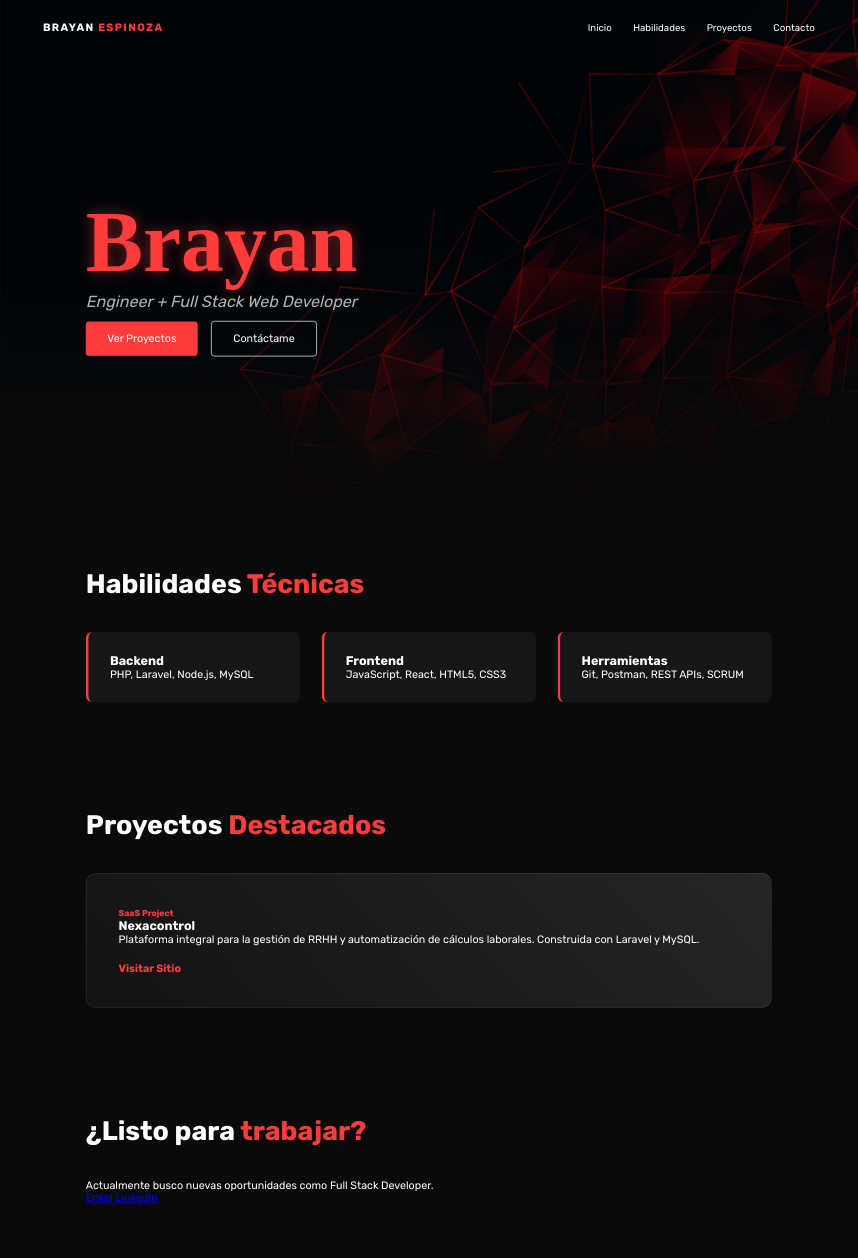
Repository: hercules830/Mi-portfolio-profesional
Page: index.html
These files come from the project's save history. The page is drawn as it stood at one moment and after the next save; the edit follows.
The browser window is 1280 px wide. The pictures show the whole page, at 67% of full size.
Some web fonts or font styles are not loaded; a fallback is used.

Above is the page before, as saved 2026-05-29 23:49:06.

### index.html
<!DOCTYPE html>
<html lang="es">
  <head>
    <meta charset="UTF-8" />
    <meta name="viewport" content="width=device-width, initial-scale=1.0" />
    <link rel="stylesheet" href="styles.css" />
    <link rel="preconnect" href="https://fonts.googleapis.com" />
    <link rel="preconnect" href="https://fonts.gstatic.com" crossorigin />
    <link
      href="https://fonts.googleapis.com/css2?family=Indie+Flower&family=Rubik+Storm&family=Rubik:wght@300;400;700&display=swap"
      rel="stylesheet"
    />
    <title>Brayan Espinoza | Full Stack Developer</title>
  </head>
  <body>
    <header class="header">
      <nav class="nav">
        <div class="logo-container">
          <p class="logo">BRAYAN <span>ESPINOZA</span></p>
        </div>
        <ul class="links">
          <li><a class="link" href="#inicio">Inicio</a></li>
          <li><a class="link" href="#habilidades">Habilidades</a></li>
          <li><a class="link" href="#proyectos">Proyectos</a></li>
          <li><a class="link" href="#contacto">Contacto</a></li>
        </ul>
      </nav>

      <div class="description" id="inicio">
        <h1 class="header-title">Brayan</h1>
        <p class="my-description">Engineer + Full Stack Web Developer</p>
        <div class="cta-container">
          <a href="#proyectos" class="btn-primary">Ver Proyectos</a>
          <a href="#contacto" class="btn-secondary">Contáctame</a>
        </div>
      </div>
    </header>

    <section class="section" id="habilidades">
      <h2 class="section-title">Habilidades <span>Técnicas</span></h2>
      <div class="skills-grid">
        <div class="skill-card">
          <h3>Backend</h3>
          <p>PHP, Laravel, Node.js, MySQL</p>
        </div>
        <div class="skill-card">
          <h3>Frontend</h3>
          <p>JavaScript, React, HTML5, CSS3</p>
        </div>
        <div class="skill-card">
          <h3>Herramientas</h3>
          <p>Git, Postman, REST APIs, SCRUM</p>
        </div>
      </div>
    </section>

    <section class="section" id="proyectos">
      <h2 class="section-title">Proyectos <span>Destacados</span></h2>
      <div class="projects-container">
        <!-- Proyecto Principal: Nexacontrol -->
        <div class="project-main">
          <div class="project-content">
            <span class="project-tag">SaaS Project</span>
            <h3>Nexacontrol</h3>
            <p>
              Plataforma integral para la gestión de RRHH y automatización de
              cálculos laborales. Construida con Laravel y MySQL.
            </p>
            <div class="project-links">
              <a
                href="https://nexacontrolapp.com"
                target="_blank"
                class="link-btn"
                >Visitar Sitio</a
              >
            </div>
          </div>
        </div>
      </div>
    </section>

    <footer class="section" id="contacto">
      <h2 class="section-title">¿Listo para <span>trabajar?</span></h2>
      <p>Actualmente busco nuevas oportunidades como Full Stack Developer.</p>
      <div class="social-links">
        <a href="mailto:musicabjhe830@gmail.com">Email</a>
        <a
          href="https://www.linkedin.com/in/brayan-espinoza-57191512a"
          target="_blank"
          >LinkedIn</a
        >
      </div>
    </footer>

    <script src="script.js"></script>
  </body>
</html>

### styles.css
:root {
  --primary-red: #ff3c3c;
  --dark-bg: #0a0a0a;
  --text-white: #ffffff;
  --gray-text: #b3b3b3;
}

* {
  margin: 0;
  padding: 0;
  box-sizing: border-box;
  scroll-behavior: smooth;
}

body {
  background-color: var(--dark-bg);
  color: var(--text-white);
  font-family: "Rubik", sans-serif;
}

/* Header & Hero */
.header {
  height: 100vh;
  /* Añadimos un degradado que va hacia el negro al final para suavizar el corte */
  background: linear-gradient(to bottom, transparent 60%, var(--dark-bg) 100%),
    linear-gradient(rgba(0, 0, 0, 0.5), rgba(0, 0, 0, 0.5)),
    url("assets/background.jpg");
  background-size: cover;
  background-position: center;
  display: flex;
  flex-direction: column;
}

#habilidades {
  padding-top: 8rem; /* Esto le da aire después del desvanecimiento */
}

.nav {
  display: flex;
  justify-content: space-between;
  padding: 2rem 5%;
  align-items: center;
}

.logo {
  font-family: "Rubik", sans-serif;
  font-weight: bold;
  letter-spacing: 2px;
}
.logo span {
  color: var(--primary-red);
}

.links {
  display: flex;
  list-style: none;
  gap: 2rem;
}
.link {
  color: white;
  text-decoration: none;
  font-size: 0.9rem;
  transition: 0.3s;
}
.link:hover {
  color: var(--primary-red);
}

.description {
  flex: 1;
  display: flex;
  flex-direction: column;
  justify-content: center;
  padding-left: 10%;
}

.header-title {
  font-family: "Rubik Storm", cursive;
  font-size: 8rem;
  color: var(--primary-red);
  text-shadow: 0 0 20px rgba(255, 60, 60, 0.5);
}

.my-description {
  font-size: 1.5rem;
  font-style: italic;
  color: var(--gray-text);
  margin-bottom: 2rem;
}

/* Botones */
.btn-primary {
  background: var(--primary-red);
  color: white;
  padding: 1rem 2rem;
  text-decoration: none;
  border-radius: 5px;
  margin-right: 1rem;
  transition: 0.3s;
}

.btn-secondary {
  border: 1px solid white;
  color: white;
  padding: 1rem 2rem;
  text-decoration: none;
  border-radius: 5px;
  transition: 0.3s;
}

/* Secciones Generales */
.section {
  padding: 5rem 10%;
}
.section-title {
  font-size: 2.5rem;
  margin-bottom: 3rem;
}
.section-title span {
  color: var(--primary-red);
}

/* Skills Grid */
.skills-grid {
  display: grid;
  grid-template-columns: repeat(auto-fit, minmax(250px, 1fr));
  gap: 2rem;
}

.skill-card {
  background: rgba(255, 255, 255, 0.05);
  padding: 2rem;
  border-radius: 10px;
  border-left: 4px solid var(--primary-red);
}

/* Proyectos */
.project-main {
  background: linear-gradient(
    45deg,
    rgba(20, 20, 20, 0.9),
    rgba(40, 40, 40, 0.9)
  );
  padding: 3rem;
  border-radius: 15px;
  border: 1px solid rgba(255, 255, 255, 0.1);
}

.project-tag {
  color: var(--primary-red);
  font-weight: bold;
  font-size: 0.8rem;
}
.link-btn {
  display: inline-block;
  margin-top: 1.5rem;
  color: var(--primary-red);
  text-decoration: none;
  font-weight: bold;
}

@media (max-width: 768px) {
  .header-title {
    font-size: 4rem;
  }
  .links {
    display: none;
  } /* Aquí podrías añadir un menú hamburguesa luego */
}

### script.js
// Efecto de scroll suave y revelado de secciones
document.addEventListener("DOMContentLoaded", () => {
  const observerOptions = {
    threshold: 0.1,
  };

  const observer = new IntersectionObserver((entries) => {
    entries.forEach((entry) => {
      if (entry.isIntersecting) {
        entry.target.style.opacity = "1";
        entry.target.style.transform = "translateY(0)";
      }
    });
  }, observerOptions);

  document.querySelectorAll(".section").forEach((section) => {
    section.style.opacity = "0";
    section.style.transform = "translateY(30px)";
    section.style.transition = "all 0.8s ease-out";
    observer.observe(section);
  });
});

After the next save:
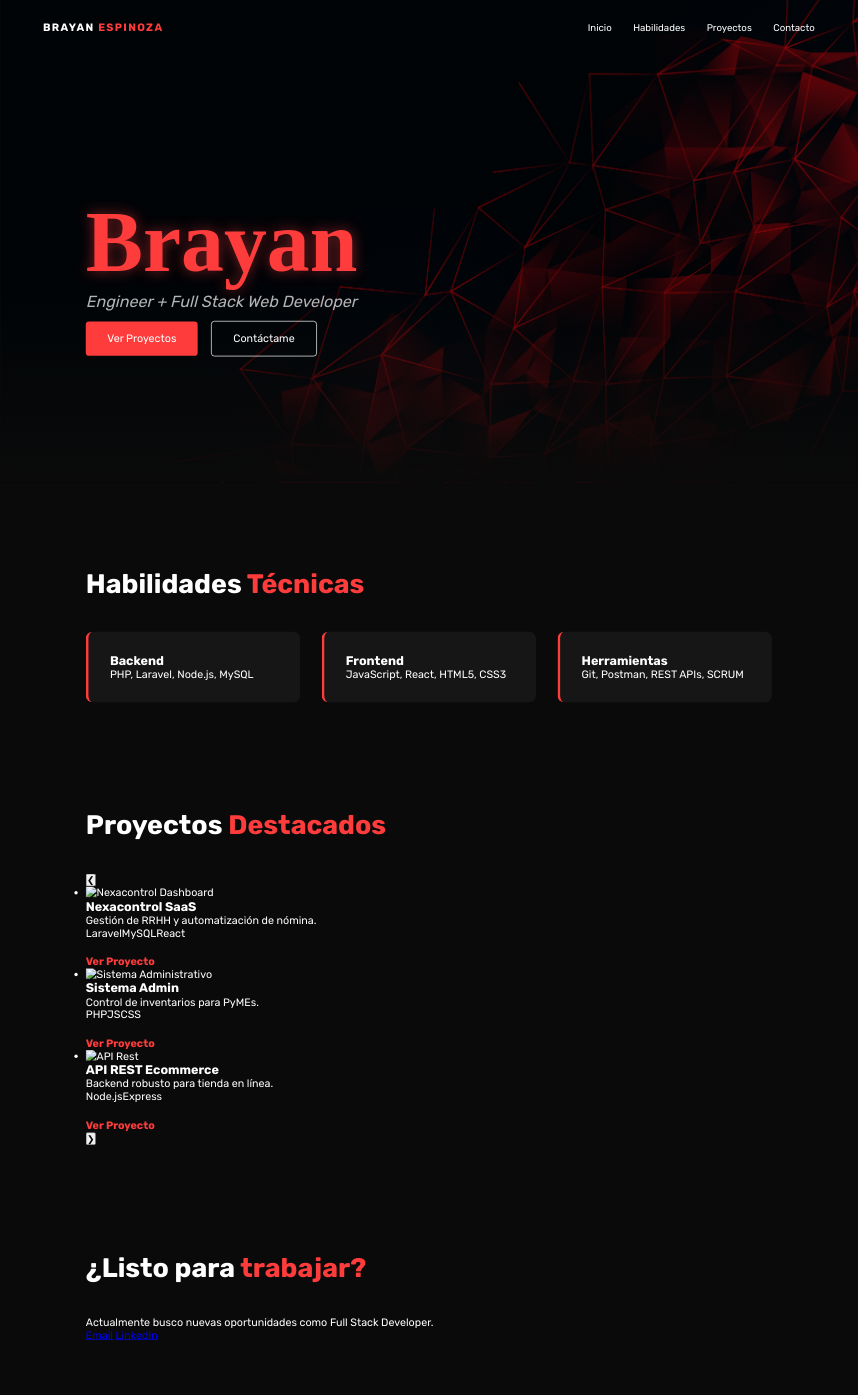
Not found: assets/nexa1.jpg
Not found: assets/project2.jpg
Not found: assets/project3.jpg
Saved 113 s later.
--- a/index.html
+++ b/index.html
@@ -56,26 +56,54 @@
 
     <section class="section" id="proyectos">
       <h2 class="section-title">Proyectos <span>Destacados</span></h2>
-      <div class="projects-container">
-        <!-- Proyecto Principal: Nexacontrol -->
-        <div class="project-main">
-          <div class="project-content">
-            <span class="project-tag">SaaS Project</span>
-            <h3>Nexacontrol</h3>
-            <p>
-              Plataforma integral para la gestión de RRHH y automatización de
-              cálculos laborales. Construida con Laravel y MySQL.
-            </p>
-            <div class="project-links">
-              <a
-                href="https://nexacontrolapp.com"
-                target="_blank"
-                class="link-btn"
-                >Visitar Sitio</a
-              >
-            </div>
-          </div>
+
+      <div class="carousel-container">
+        <button class="carousel-btn prev" id="prevBtn">&#10094;</button>
+
+        <div class="carousel-track-container">
+          <ul class="carousel-track" id="track">
+            <!-- Proyecto 1: Nexacontrol -->
+            <li class="project-card">
+              <img src="assets/nexa1.jpg" alt="Nexacontrol Dashboard" />
+              <div class="project-info">
+                <h3>Nexacontrol SaaS</h3>
+                <p>Gestión de RRHH y automatización de nómina.</p>
+                <div class="tech-tags">
+                  <span>Laravel</span><span>MySQL</span><span>React</span>
+                </div>
+                <a href="#" class="link-btn">Ver Proyecto</a>
+              </div>
+            </li>
+
+            <!-- Proyecto 2: Freelance / Otro -->
+            <li class="project-card">
+              <img src="assets/project2.jpg" alt="Sistema Administrativo" />
+              <div class="project-info">
+                <h3>Sistema Admin</h3>
+                <p>Control de inventarios para PyMEs.</p>
+                <div class="tech-tags">
+                  <span>PHP</span><span>JS</span><span>CSS</span>
+                </div>
+                <a href="#" class="link-btn">Ver Proyecto</a>
+              </div>
+            </li>
+
+            <!-- Proyecto 3: Ejemplo -->
+            <li class="project-card">
+              <img src="assets/project3.jpg" alt="API Rest" />
+              <div class="project-info">
+                <h3>API REST Ecommerce</h3>
+                <p>Backend robusto para tienda en línea.</p>
+                <div class="tech-tags">
+                  <span>Node.js</span><span>Express</span>
+                </div>
+                <a href="#" class="link-btn">Ver Proyecto</a>
+              </div>
+            </li>
+          </ul>
         </div>
+
+        <button class="carousel-btn next" id="nextBtn">&#10095;</button>
       </div>
     </section>
 
